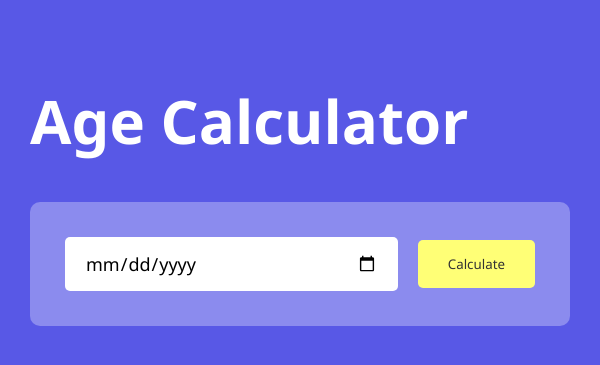
Repository: Thamayanthi-Narayanan/Age-Calculator
Page: index.html
The author's editor kept a copy of each file at every save. The page is drawn from the files as they stood at one save, then again after the next save.
The browser window is 600 px wide. The pictures show the whole page.

Above is the page before, as saved 2025-05-23 15:11:21.

### index.html
<!DOCTYPE html>
<html lang="en">
<head>
    <meta charset="UTF-8">
    <meta name="viewport" content="width=device-width, initial-scale=1.0">
    <title>Age Calculator</title>
    <link rel="stylesheet" href="style.css">
</head>
<body>
    <div class="container">
        <div class="calculator">
            <h1>Age Calculator</h1>
            <div class="input-box">
                <input type="date" id="date">
                <button onclick="calculateAge()">Calculate</button>
            </div>
            <p id="result"></p>
        </div>
    </div>

    <script>
        let userInput = document.getElementById("date");
        // to calculate todays date and past date not the future date
        userInput.max = new Date().toISOString().split("T")[0];
        let result = document.getElementById ("result");
        // function for calculating age

        function calculateAge(){
            let birthDate = new Date(userInput.value); // when we select any date in the input-box that will be stored here

            // then we need the each information day month and yr
            let d1 = birthDate.getDate();
            let m1 = birthDate.getMonth() +1; // +1 is for the month will start from the zero
            let y1 = birthDate.getFullYear();

            // todays date to calculate the diff (current date)
            let today = new Date();

            let d2 = today.getDate();
            let m2 = today.getMonth() +1;
            let y2 = today.getFullYear();

            // save the diff (yr diff)

            let d3, m3, y3;

            y3 = y2 - y1;

            if(m2 >=m1){ // todays month is greater thean birth month
                m3 = m2 - m1;
            }else{
                y3--; // we will dec the value of yrs
                m3 = 12 + m2 - m1;
            }

            // day diff

            if (d2 >=d1){
                d3 = d2 - d1;
            }else {
                m3--;
                d3 = getDaysInMonth(y1, m1) + d2 - d1;
            }
            // if the months get negative bcoz we are minusing m3--
            if(m3 < 0){
                m3 = 11;
                y3--; // we will decrease the yr
            }
            result.innerHTML = `You are <span>${y3}</span> years, <span>${m3}</span> months and <span>${d3}</span> days old`;
        }

        function getDaysInMonth(year,month){
            return new Date(year,month ,0).getDate(); // it will retuen last date of the month
        }
    </script>
</body>
</html>

### style.css
*{
    margin: 0;
    padding: 0;
    font-family: 'Segoe UI', Tahoma, Geneva, Verdana, sans-serif;
    box-sizing: border-box;
}
.container{
    width: 100%;
    min-height: 100vh;
    background-color: rgb(88, 88, 230);
    color: #fff;
    padding: 10px;
}
.calculator{
    width: 100%;
    max-width: 600px;
    margin-left: 10%;
    margin-top: 10%;
}
.calculator h1{
    font-size: 60px;
}
.input-box{
    margin: 40px 0;
    padding: 35px;
    border-radius: 10px;
    background-color: rgba(255, 255, 255, 0.3);
    display: flex;
    align-items: center;
}
.input-box input{
    flex: 1;
    margin-right: 20px;
    padding: 14px 20px;
    border: 0;
    outline: 0;
    font-size: 18px;
    border-radius: 5px;
    position: relative;
}
.input-box button{
    background: #ffff76;
    border: 0;
    outline: 0;
    padding: 15px 30px;
    border-radius: 5px;
    font-weight: 500;
    color: #333;
    cursor: pointer;
}

#result{
    font-size: 20px;
}
#result span{
    color: #f6f87ce5;
}

@media (min-width:768px){
    .input-box{
        flex-direction: row;
        align-items: center;
    }
    .input-box input{
        flex: 1;
        margin-right: 20px;
    }
    .input-box button{
        white-space: nowrap;
    }
}

@media (max-width: 767px){
    .calculator{
        margin-left: 0;
        margin-top: 50px;
        padding: 20px;
    }
    .calculator h1{
        font-size: 2r;
    }
}

After the next save:
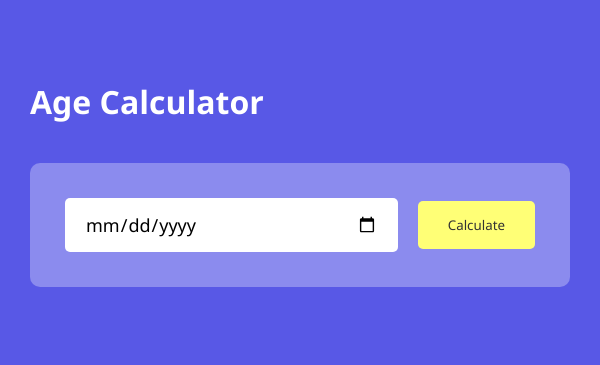
Saved 6 s later.
--- a/style.css
+++ b/style.css
@@ -77,6 +77,7 @@
         padding: 20px;
     }
     .calculator h1{
-        font-size: 2r;
+        font-size: 2rem;
+        text-align: ;
     }
 }
